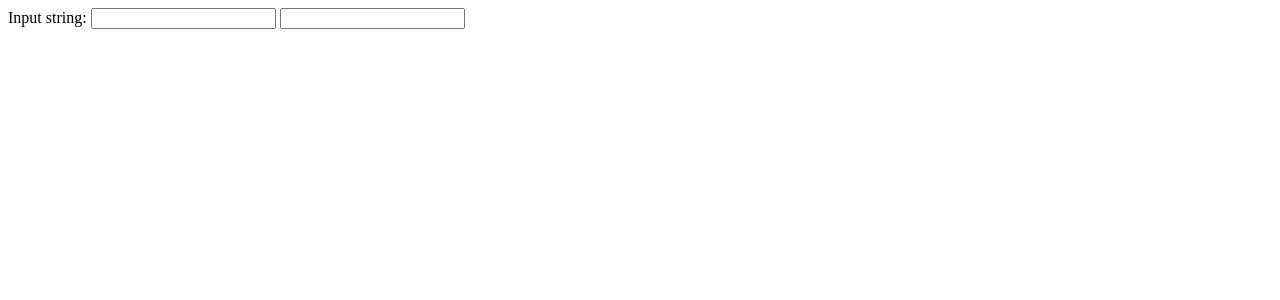
Repository: zhanivanov/PHP_Basics_Course_Homework
Page: http://localhost/5.SumOfDigits/SumOfDigits.php
An editor plug-in stored every save of this project. The page is shown before and after the next save, followed by the edit.
The browser window is 1280 px wide. The pictures show the whole page.
The page is run by PHP 8.4 with error messages shown; the project is at /var/www/html/.

Above is the page before, as saved 2014-08-23 20:08:10.

### PHP_Flow_Control/5.SumOfDigits/SumOfDigits.php
<!DOCTYPE html>
<html>
    <head>
        <title>Sum Of Digits</title>
    </head>
    <body>
        <form method="post">
            <label for="input">Input string:</label>
            <input type="text" name="input" id="input"/>
            <input type=""submit"/>
        </form>
    </body>
</html>

After the next save:
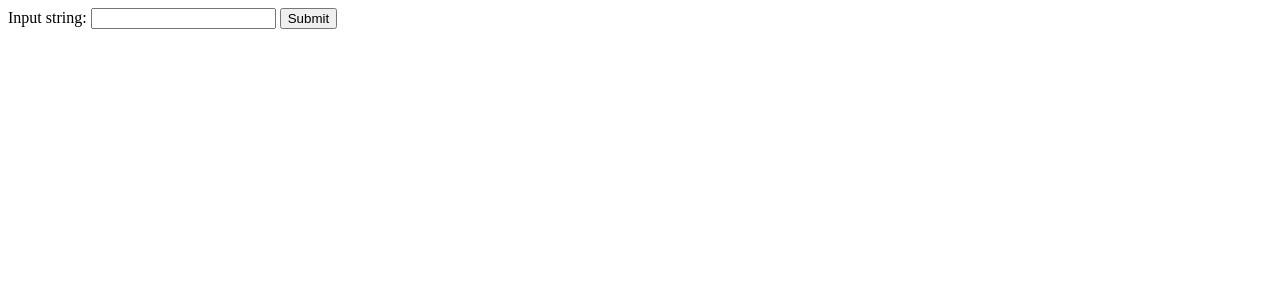
Saved 30 s later.
--- a/PHP_Flow_Control/5.SumOfDigits/SumOfDigits.php
+++ b/PHP_Flow_Control/5.SumOfDigits/SumOfDigits.php
@@ -7,7 +7,7 @@
         <form method="post">
             <label for="input">Input string:</label>
             <input type="text" name="input" id="input"/>
-            <input type=""submit"/>
+            <input type="submit"/>
         </form>
     </body>
 </html>
